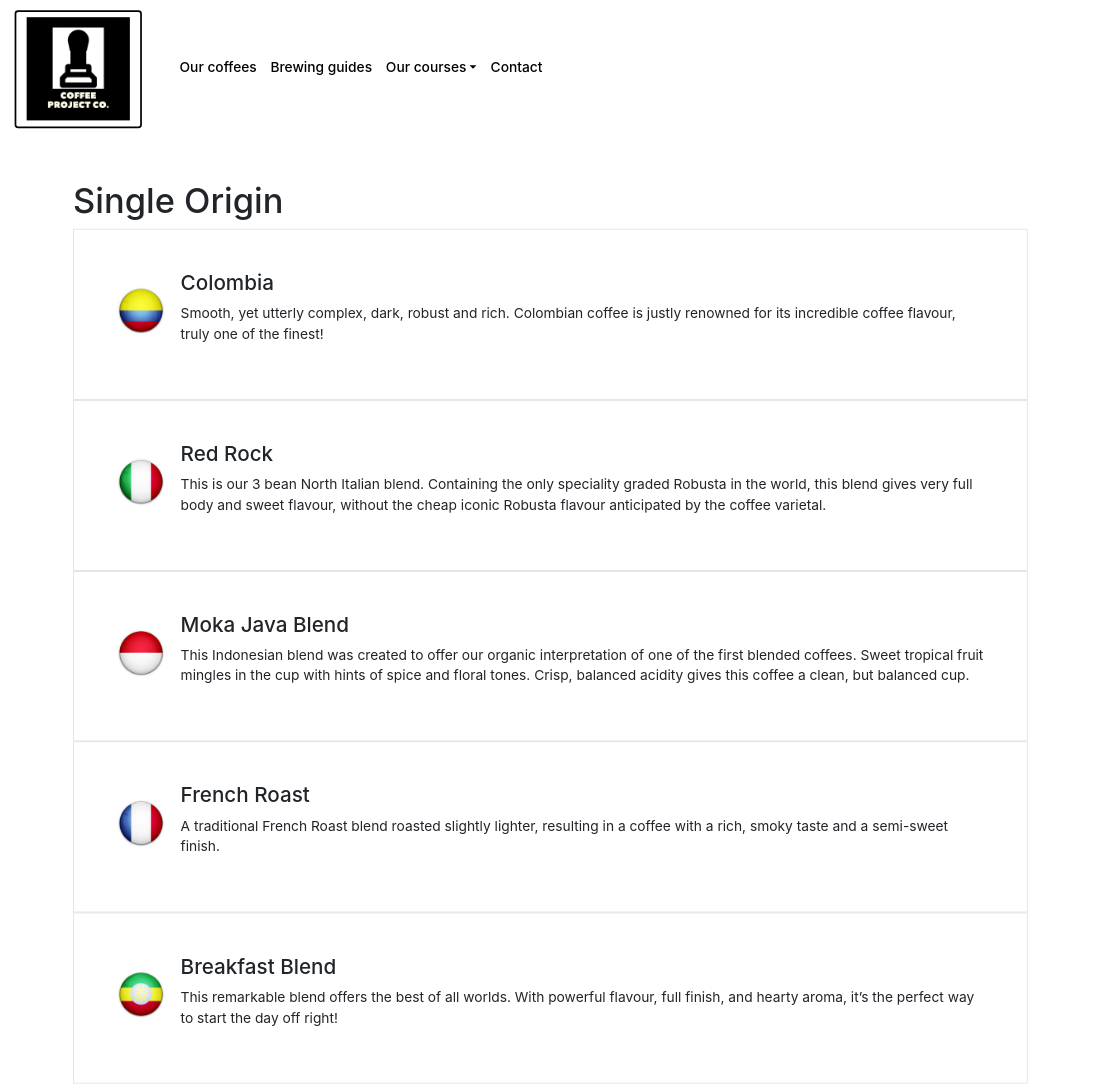
Repository: roxanahefferon/M1
Page: coffees-single.html
The author's editor kept a record of every edit. The page is drawn from the files as they stood at one moment, then again after the next edit.
The browser window is 1280 px wide. The pictures show the whole page, at 86% of full size.
Some web libraries are served in a nearby version.

Above is the page before.

After the next edit:
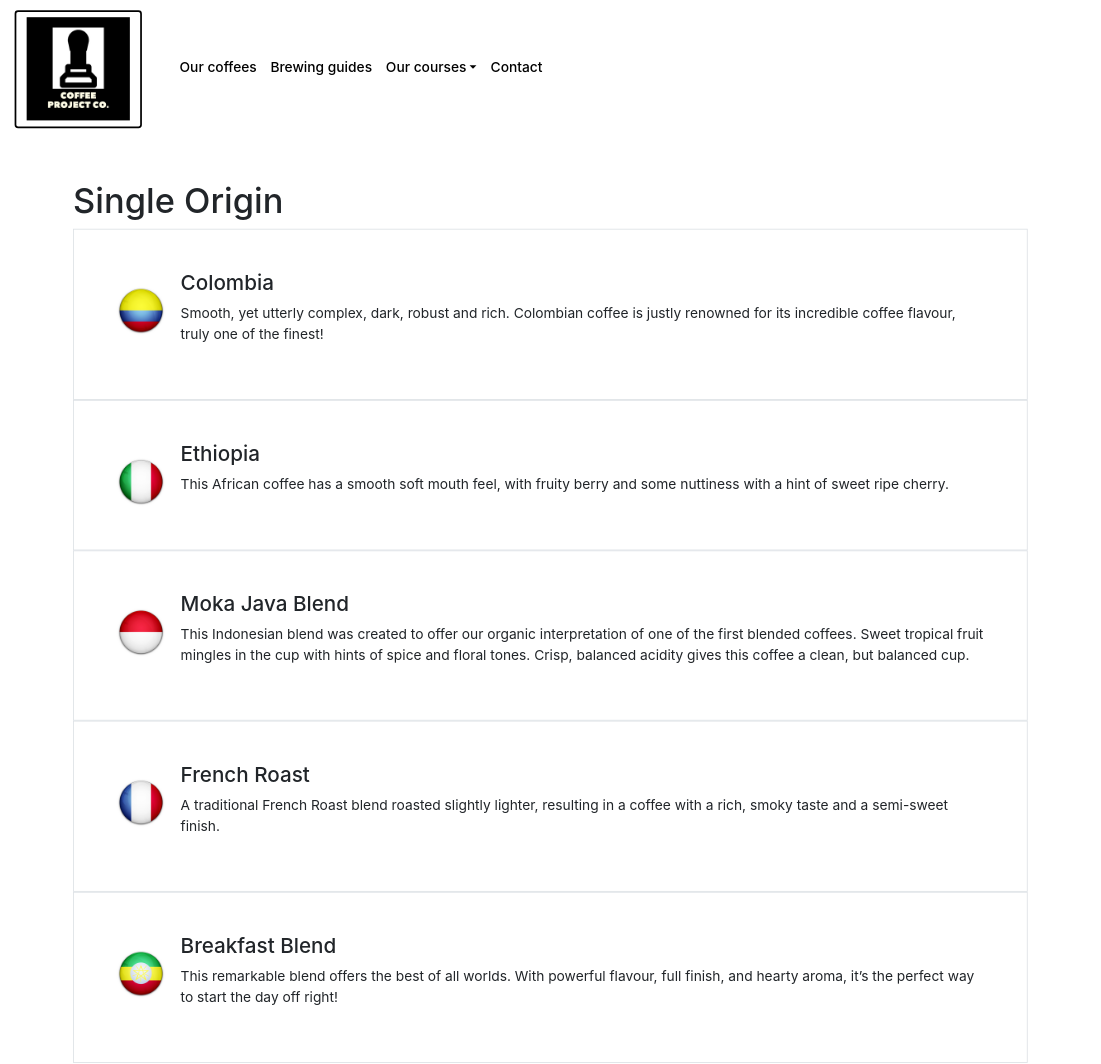
The edit:
--- a/coffees-single.html
+++ b/coffees-single.html
@@ -71,8 +71,8 @@
                 <div class="media border p-5">
                     <img src="./assets/images/italy-icon.png" alt="italy icon" class="mr-3 mt-3 rounded-circle" style="width:60px;">
                     <div class="media-body">
-                        <h4>Red Rock</h4>
-                        <p>This is our 3 bean North Italian blend. Containing the only speciality graded Robusta in the world, this blend gives very full body and sweet flavour, without the cheap iconic Robusta flavour anticipated by the coffee varietal.</p>
+                        <h4>Ethiopia</h4>
+                        <p>This African coffee has a smooth soft mouth feel, with fruity berry and some nuttiness with a hint of sweet ripe cherry.</p>
                     </div>
                 </div>
 
